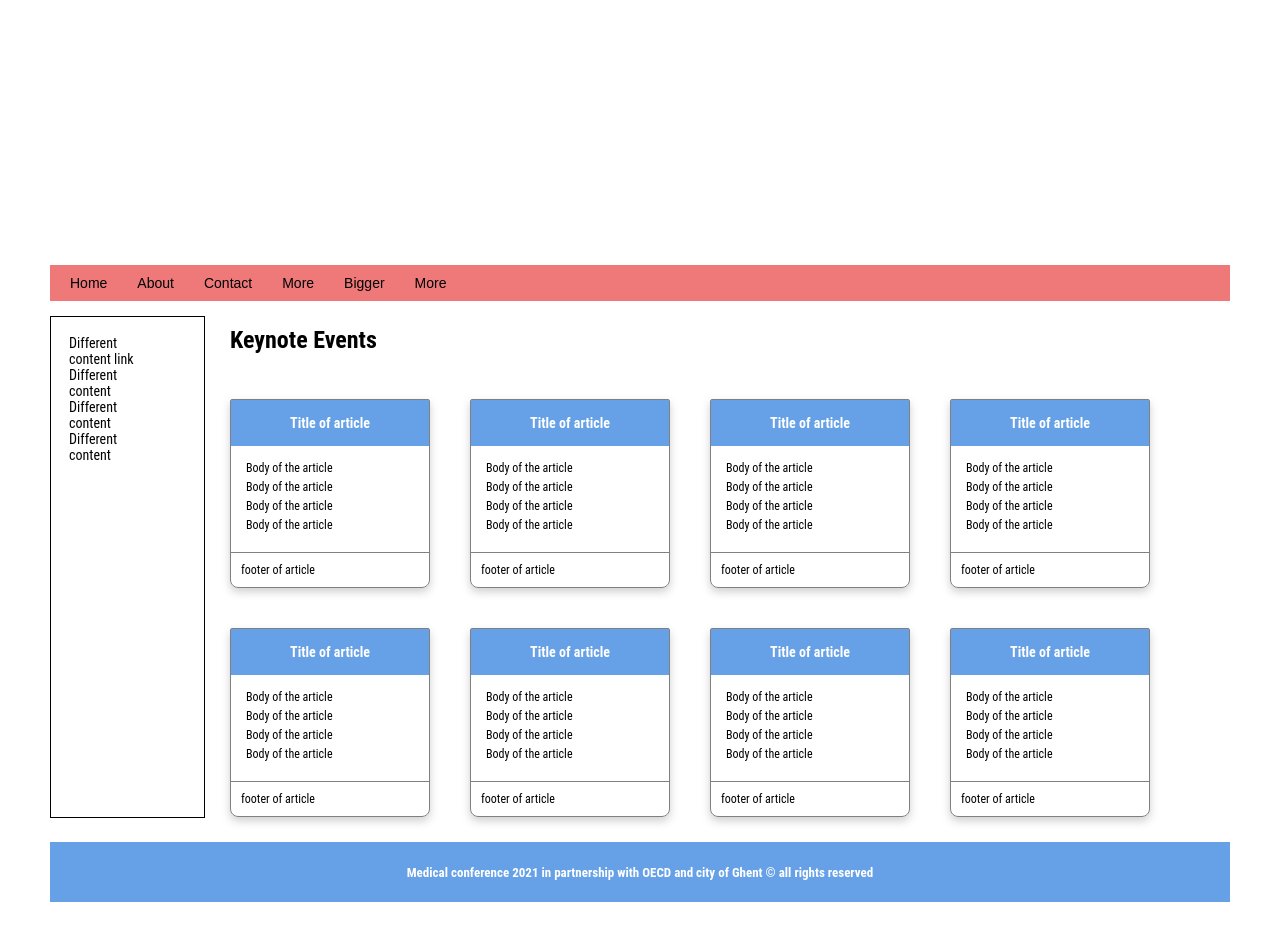
Repository: balderb/freestyle_pp_assessment
Page: index.html
The author's editor kept a copy of each file at every save. The page is drawn from the files as they stood at one save, then again after the next save.
The browser window is 1280 px wide. The pictures show the whole page.

Above is the page before, as saved 2020-12-14 17:50:36.

After the next save:
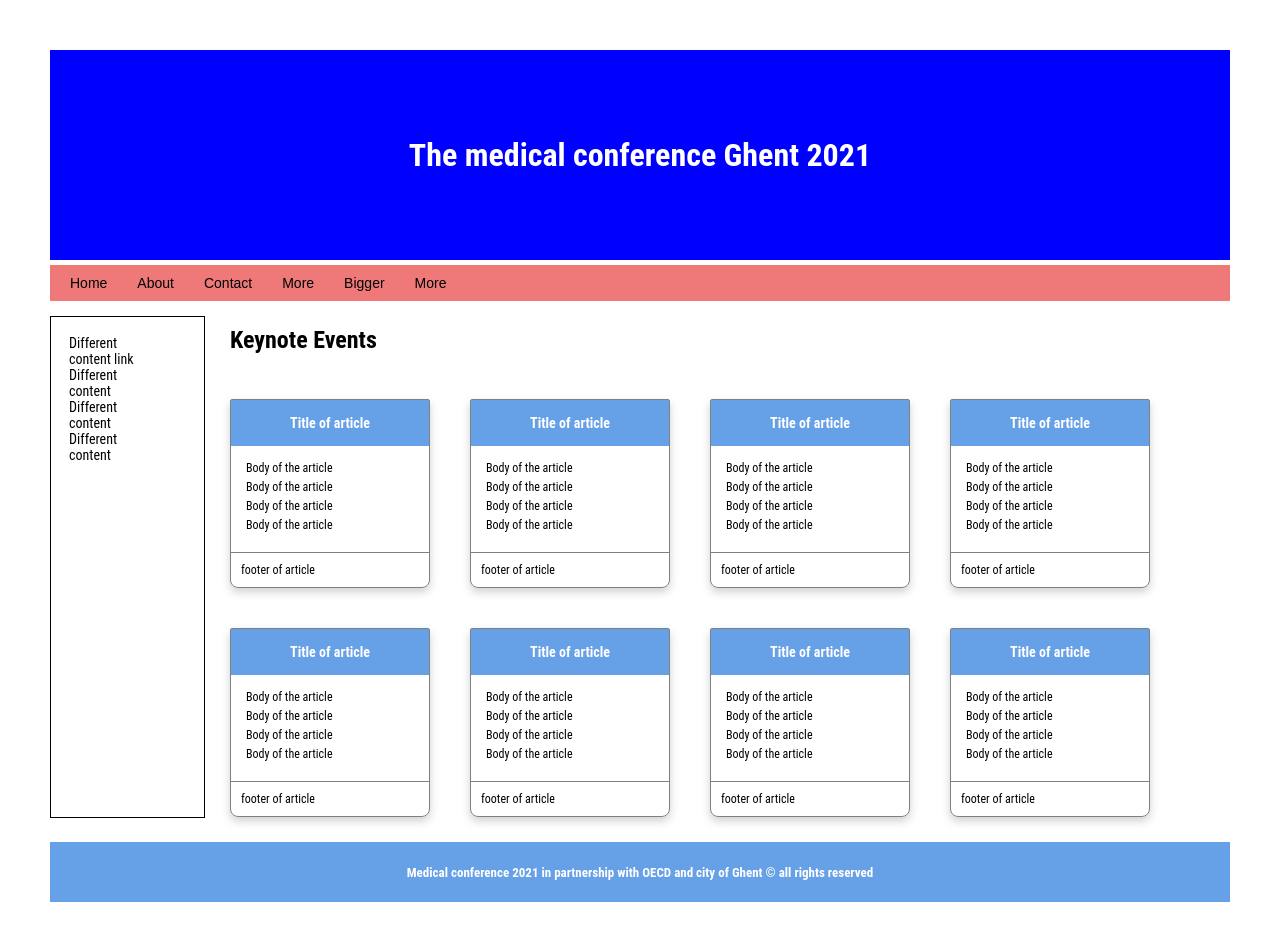
Saved 6 s later.
--- a/css/main.css
+++ b/css/main.css
@@ -62,7 +62,7 @@
     justify-content: center;
     align-items: center;
     grid-area: h;
-    background-background:blue;
+    background-color:blue;
 }
 
 

After the save that followed:
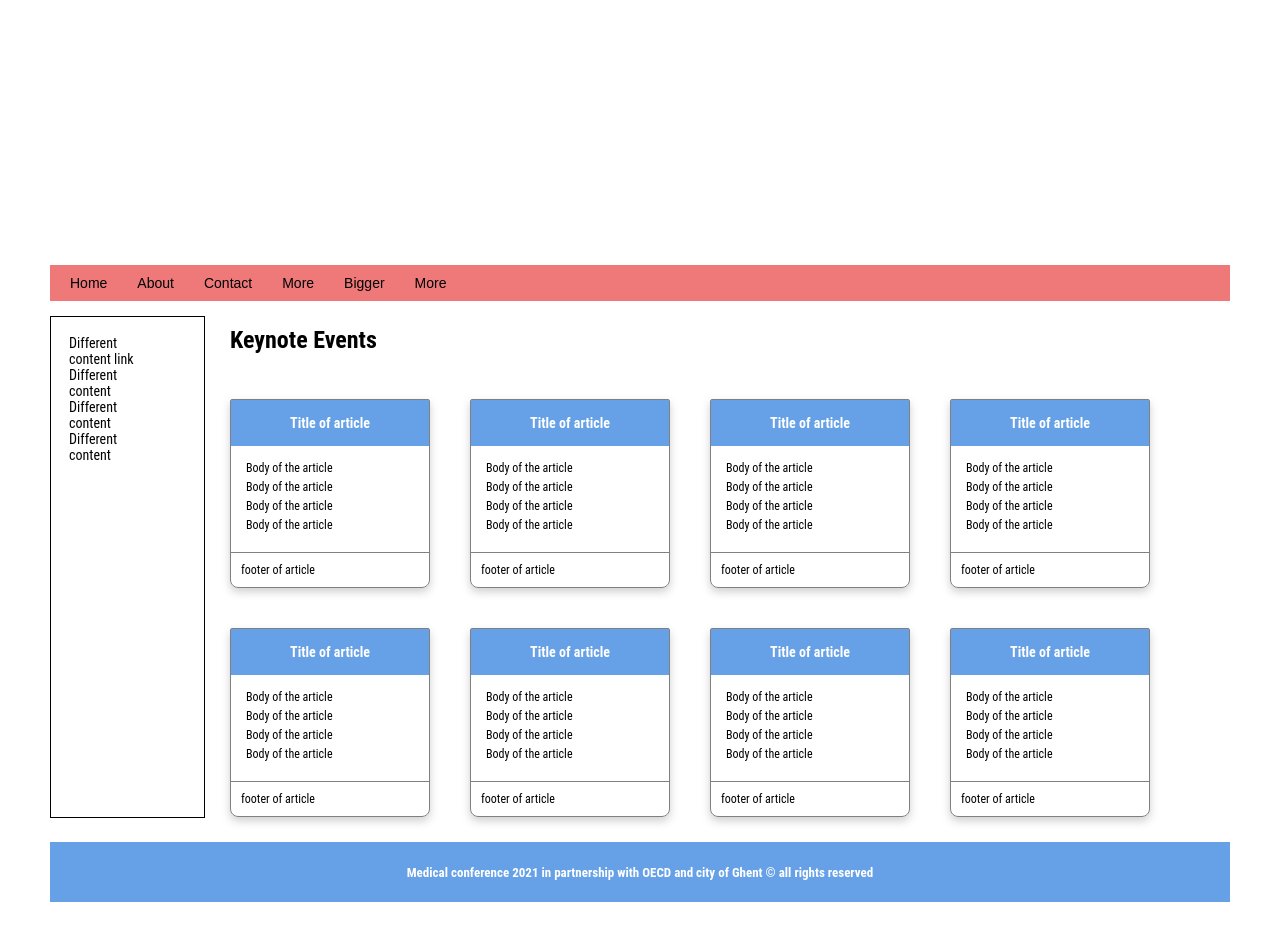
Saved 18 s later.
--- a/css/main.css
+++ b/css/main.css
@@ -62,7 +62,7 @@
     justify-content: center;
     align-items: center;
     grid-area: h;
-    background-color:blue;
+    background-image: img;
 }
 
 
